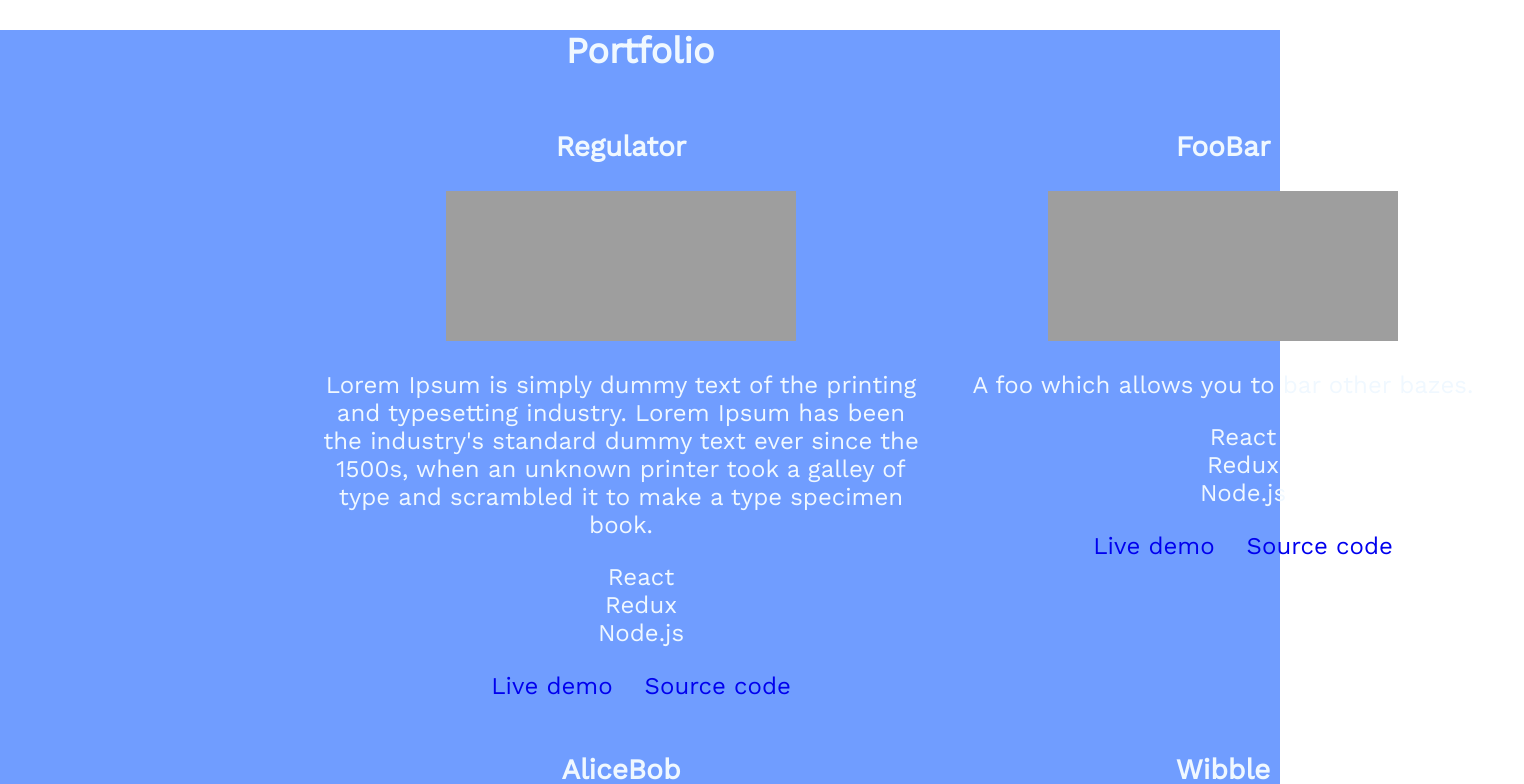
Repository: BAAMOSK/my-portfolio
Page: index.html
The author's editor kept a copy of each file at every save. The page is drawn from the files as they stood at one save, then again after the next save.
The browser window is 1280 px wide. The page is 1524 px wide, then 1280 px, so the pictures cover 1524 px, including what lies to the right of the window. The pictures show the part of the page from y = 0 to 784 px (the page is 1236 px tall before and 720 px after).
Pictures or frames that could not be fetched are drawn as grey boxes. Some web libraries are served in a nearby version.

Above is the page before, as saved 2017-06-06 23:44:53.

### index.html
<!doctype HTML>
<html lang="en">
<head>
  <meta charset="utf-8">
  <meta name="viewport" content="width=device-width, initial-scale=1">
  <title>Tee Mak</title>
  <link href="https://fonts.googleapis.com/css?family=Work+Sans" rel="stylesheet">
  <link rel="stylesheet" href="styles.css">
</head>
<body id='root'>
  <script src="https://ajax.googleapis.com/ajax/libs/jquery/3.2.1/jquery.min.js"></script>
  <script src="app.js"></script>
</body>
</html>

### styles.css

body {
	margin: 0;
	padding: 0;
	border: 0;
	font-size: 1.5em;
	font-family: 'Work Sans', sans-serif;
	color: aliceblue;
}

header {
	text-align: center;
}

.bio {
	position: fixed;
	height: 100%;
	width: 100%;
	background: #765BE8;
}

.work-bg {
	height: 100%;
	background: #709DFF;
}

#contact {
	position: fixed;
	height: 100%;
	width: 100%;
	background: #E38FFF;
}

.showcase {
	width: 50%;
	margin: 0 auto;
	text-align: center;
}

.name {
	margin-top: 120px;
}

.headshot {
	border-radius: 50%;
}

.main-nav ul, .contact-links ul, .project-links ul {
	margin: 25px;
	list-style: none;
	display: flex;
	justify-content: center;
}

.main-nav ul li a, .contact-links ul li a, .project-links ul li a {
	margin: 0 16px;
	text-decoration: none;
}

#about {
	width: 65%;
	margin: 15px auto;
}

.work {
	width: 50%;
	margin: 0 auto;
}

h2, h3 {
	text-align: center;
}

.project {
	width: 100%;
}

.images {
	margin: 0 126px;
}

.primary-projects, .ancillary-projects {
	display: flex;
	justify-content: space-around;
}

.project-stack {
	list-style: none;
	text-align: center;
}

.project-description {
	width: 100%;
	text-align: center;
}

### app.js
const greeting = 'Hi! My name is Tee. Like what you see? Contact me @ bunth667@gmail.com.';
const counter = 1;

$(document).ready(function() {
  console.log(greeting);
  $('#root').html(state.templates[counter]);
});

const main = `<header class="bio">
                <div class="showcase">
                  <h1 class="name">
                    Tee Mak
                  </h1>
                  <nav class="main-nav">
                    <ul>
                      <li class="main-nav-link"><a href="#work">Portfolio</a></li>
                      <li class="main-nav-link"><a href="#contact">Contact</a></li>
                    </ul>
                  </nav>
                  <img class="headshot" src="http://unsplash.it/150/150" alt="J. Random Hacker headshot">
                    <p class="about" id="about">
                      Hi. My name is Tee. I'm a polymath. Ask me anything about casinos, trading, or programming. I'm a Vim user, so navigate using the arrow keys.
                    </p>
                  <nav class="contact-links">
                    <ul>
                      <li class="contact-link contact-link-email"><a href="mailto:jrandomhacker@example.com">Email</a></li>
                      <li class="contact-link contact-link-linkedin"><a href="https://www.linkedin.com">LinkedIn</a></li>
                      <li class="contact-link contact-link-github"><a href="https://www.github.com">GitHub</a></li>
                    </ul>
                  </nav>
                </div>
              </header>`;

const portfolio = `<section class="work-bg" id="work">
                    <div class="work">
                      <h2>Portfolio</h2>
                      <div class="primary-projects">
                        <section class="project">
                          <h3>Regulator</h3>
                            <div class="images">
                              <img class="project-image" src="http://unsplash.it/350/150?random&amp;bust=1" alt="Frobnicator screenshot">
                            </div>
                          <p class="project-description">
                            Lorem Ipsum is simply dummy text of the printing and typesetting industry. Lorem Ipsum has been the industry's standard dummy
                            text ever since the 1500s, when an unknown printer took a galley of type and scrambled it to make a type
                            specimen book.
                          </p>
                          <ul class="project-stack">
                            <li class="project-stack-item">
                              React
                            </li>
                            <li class="project-stack-item">
                            Redux
                            </li>
                            <li class="project-stack-item">
                            Node.js
                            </li>
                          </ul>
                          <nav class="project-links">
                            <ul>
                              <li class="project-link project-link-live">
                                <a href="#">Live demo</a>
                              </li>
                              <li class="project-link project-link-github">
                                <a href="#">Source code</a>
                              </li>
                            </ul>
                          </nav>
                        </section>
                        <section class="project">
                          <h3>FooBar</h3>
                            <div class="images">
                              <img class="project-image" src="http://unsplash.it/350/150?random&amp;bust=2" alt="FooBar screenshot">
                            </div>
                            <p class="project-description">
                              A foo which allows you to bar other bazes.
                            </p>
                            <ul class="project-stack">
                              <li class="project-stack-item">
                                React
                              </li>
                              <li class="project-stack-item">
                                Redux
                              </li>
                              <li class="project-stack-item">
                                Node.js
                              </li>
                            </ul>
                          <nav class="project-links">
                            <ul>
                              <li class="project-link project-link-live">
                                <a href="#">Live demo</a>
                              </li>
                              <li class="project-link project-link-github">
                                <a href="#">Source code</a>
                              </li>
                            </ul>
                          </nav>
                        </section>
                      </div>
                      <div class="ancillary-projects">
                        <section class="project">
                          <h3>AliceBob</h3>
                          <div class="images">
                            <img class="project-image" src="http://unsplash.it/350/150?random&amp;bust=3" alt="AliceBob screenshot">
                          </div>
                          <p class="project-description">
                            An Alice which allows you to Bob other Eves.
                          </p>
                          <ul class="project-stack">
                            <li class="project-stack-item">
                              React
                            </li>
                            <li class="project-stack-item">
                              Redux
                            </li>
                            <li class="project-stack-item">
                              Node.js
                            </li>
                          </ul>
                          <nav class="project-links">
                            <ul>
                            <li class="project-link project-link-live">
                                <a href="#">Live demo</a>
                            </li>
                            <li class="project-link project-link-github">
                                <a href="#">Source code</a>
                            </li>
                            </ul>
                          </nav>
                        </section>
                      <section class="project">
                        <h3>Wibble</h3>
                          <div class="images">
                            <img class="project-image" src="http://unsplash.it/350/150?random&amp;bust=4" alt="Wibble screenshot">
                          </div>
                          <p class="project-description">
                            A wibble which allows you to wobble other wubbles.
                          </p>
                        <ul class="project-stack">
                          <li class="project-stack-item">
                            React
                          </li>
                          <li class="project-stack-item">
                            Redux
                          </li>
                          <li class="project-stack-item">
                            Node.js
                          </li>
                        </ul>
                        <nav class="project-links">
                          <ul>
                            <li class="project-link project-link-live">
                              <a href="#">Live demo</a>
                            </li>
                            <li class="project-link project-link-github">
                              <a href="#">Source code</a>
                            </li>
                          </ul>
                        </nav>
                      </div>
                    </section>
                  </div>
                </section>`;

const contact = `<section class="contact-bg" id="contact">
                  <div class="contact">
                    <h2>
                      Contact me
                    </h2>
                    <nav class="contact-links">
                      <ul>
                        <li class="contact-link contact-link-email"><a href="mailto:jrandomhacker@example.com">Email</a>
                        <li class="contact-link contact-link-linkedin"><a href="https://www.linkedin.com">LinkedIn</a>
                        <li class="contact-link contact-link-github"><a href="https://www.github.com">GitHub</a>
                      </ul>
                    </nav>
                  </div>
                </section>`;

const state = {
  templates: [main, portfolio, contact]
}

After the next save:
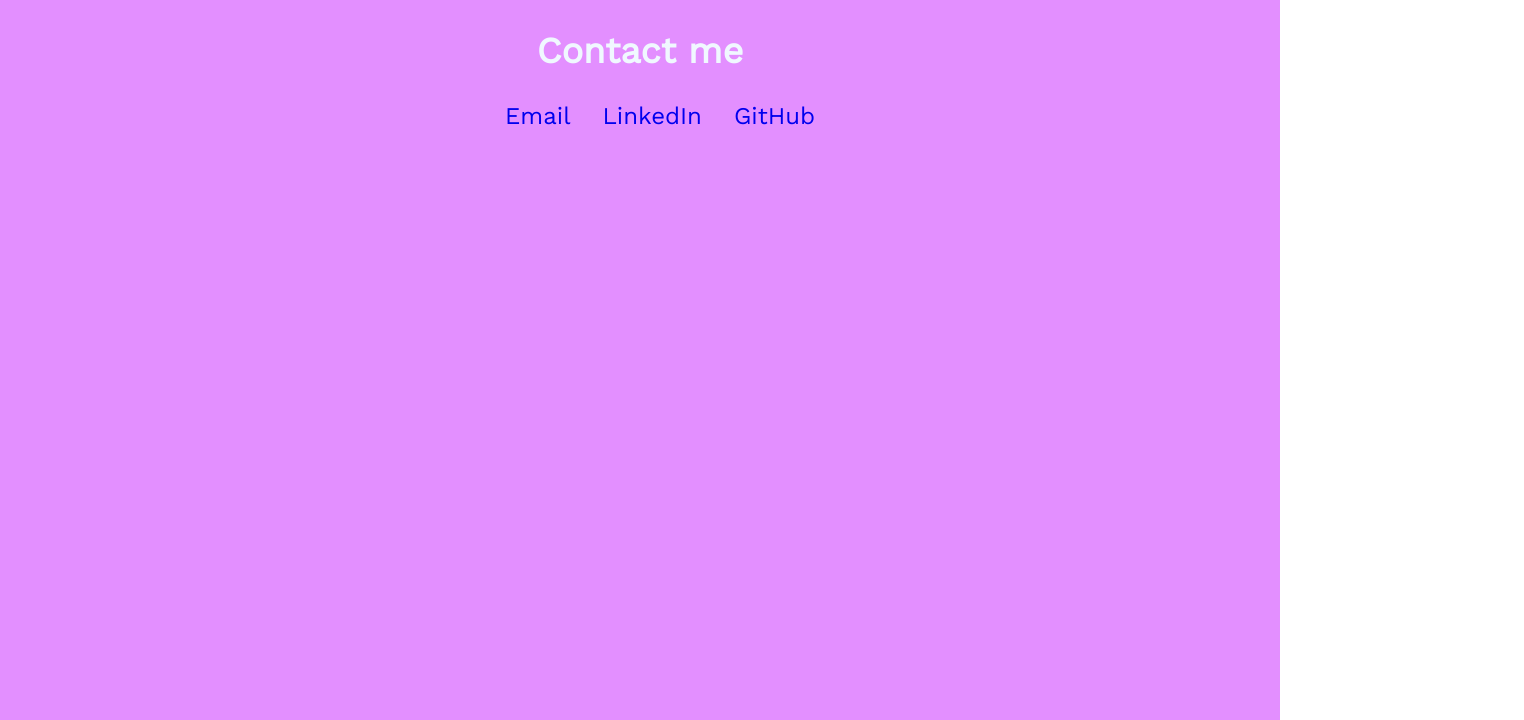
Saved 14 s later.
--- a/app.js
+++ b/app.js
@@ -1,5 +1,5 @@
 const greeting = 'Hi! My name is Tee. Like what you see? Contact me @ bunth667@gmail.com.';
-const counter = 1;
+const counter = 2;
 
 $(document).ready(function() {
   console.log(greeting);
